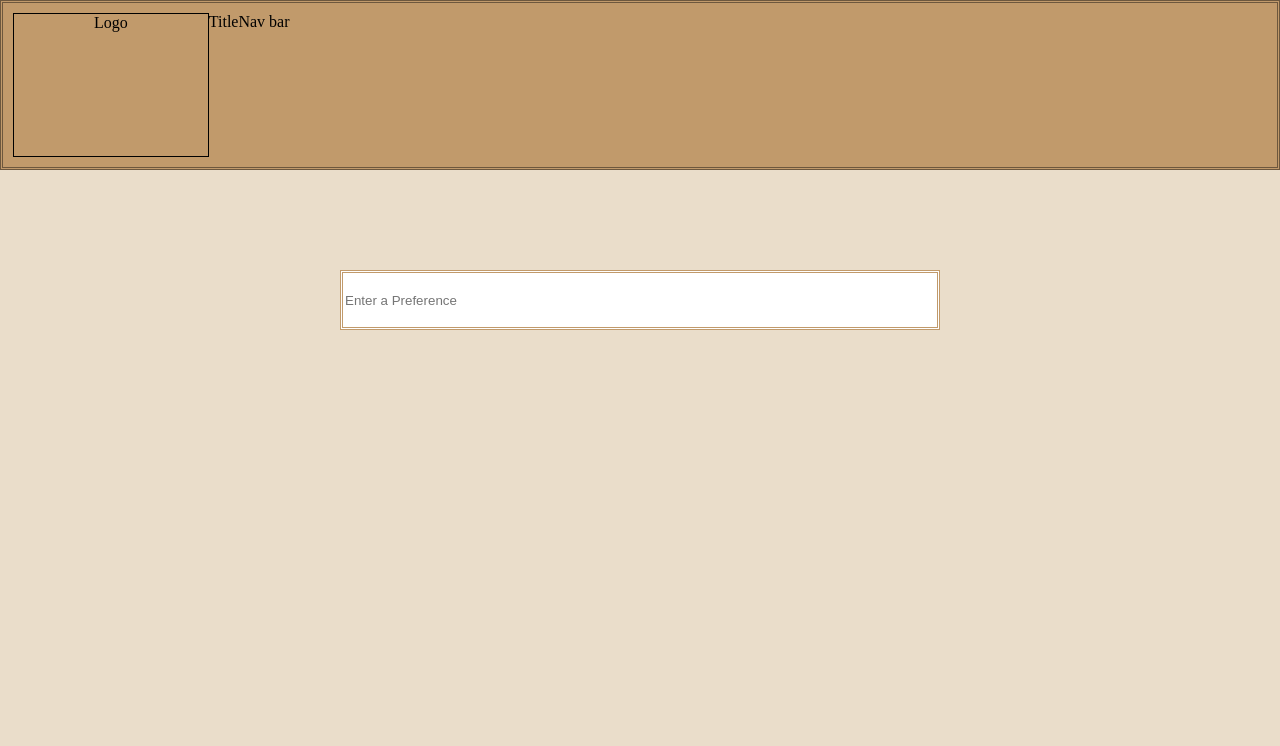
Repository: joshliu14/Travel-Mug
Page: /search
These files come from the project's save history. The page is drawn as it stood at one moment and after the next save; the edit follows.
The browser window is 1280 px wide. The pictures show the whole page.
The project was rebuilt for these pictures with package versions that can differ from the ones it lists, and the page was loaded fresh each time.

Above is the page before, as saved 2024-01-02 12:55:47.

### public/index.html
<!DOCTYPE html>
<html lang="en">
  <head>
    <meta charset="utf-8" />
    <link rel="icon" href="%PUBLIC_URL%/favicon.ico" />
    <link rel="stylesheet" href="./index.css" />
    <meta name="viewport" content="width=device-width, initial-scale=1" />
    <meta name="theme-color" content="#000000" />
    <meta
      name="description"
      content="Web site created using create-react-app"
    />
    <link rel="apple-touch-icon" href="%PUBLIC_URL%/logo192.png" />
    <!--
      manifest.json provides metadata used when your web app is installed on a
      user's mobile device or desktop. See https://developers.google.com/web/fundamentals/web-app-manifest/
    -->
    <link rel="manifest" href="%PUBLIC_URL%/manifest.json" />
    <!--
      Notice the use of %PUBLIC_URL% in the tags above.
      It will be replaced with the URL of the `public` folder during the build.
      Only files inside the `public` folder can be referenced from the HTML.

      Unlike "/favicon.ico" or "favicon.ico", "%PUBLIC_URL%/favicon.ico" will
      work correctly both with client-side routing and a non-root public URL.
      Learn how to configure a non-root public URL by running `npm run build`.
    -->
    <title>Travel Mug</title>
  </head>
  <body>
    <noscript>You need to enable JavaScript to run this app.</noscript>
    <div id="root"></div>
    <!--
      This HTML file is a template.
      If you open it directly in the browser, you will see an empty page.

      You can add webfonts, meta tags, or analytics to this file.
      The build step will place the bundled scripts into the <body> tag.

      To begin the development, run `npm start` or `yarn start`.
      To create a production bundle, use `npm run build` or `yarn build`.
    -->
  </body>
</html>

### src/index.js
import React from "react";
import ReactDOM from "react-dom";
import App from "./App";

import { BrowserRouter } from "react-router-dom";

ReactDOM.render(
  <BrowserRouter>
    <App />
  </BrowserRouter>,
  document.getElementById("root")
);

### src/App.js
import React from "react";
import Home from "./Home";

import { Switch, Route } from "react-router-dom";

const App = () => {
  return (
    <Switch>
      <Route exact path="/search">
        <Home />
      </Route>
    </Switch>
  );
};

export default App;

### src/Home.js
import React from "react";
import "./Home.css";

class Search extends React.Component {
  render() {
    return (
      <div>
        <div className="top">
          <div className="logo">Logo</div>
          <div className="title">Title</div>
          <div className="nav">Nav bar</div>
        </div>
        <div className="bottom">
          <div className="search-container">
            <input className="search-bar" placeholder="Enter a Preference" />
          </div>
        </div>
      </div>
    );
  }
}

export default Search;

### src/Home.css
.top {
  background-color: #c19a6b;
  display: flex;
  min-width: fit-content;
  min-height: 20vh;
  border-width: 3px;
  justify-items: auto;
  border-color: #6d573d;
  border-style: double;
  padding: 10px;
}

.logo {
  padding: 0px 80px;
  border: 1px solid black;
}

.title {
}

.nav {
}

.bottom {
  background-color: #eaddca;
  display: flex;
  justify-content: center;
  min-width: fit-content;
  min-height: 80vh;
}

.search-container {
  justify-content: center;
  margin-top: 100px;
}

.search-bar {
  width: 600px;
  height: 60px;
  box-sizing: border-box;
  border-width: 3px;
  border-color: #c19a6b;
  border-style: double;
}

### public/index.css
html,
body {
  margin: 0px;
  padding: 0px;
}

After the next save:
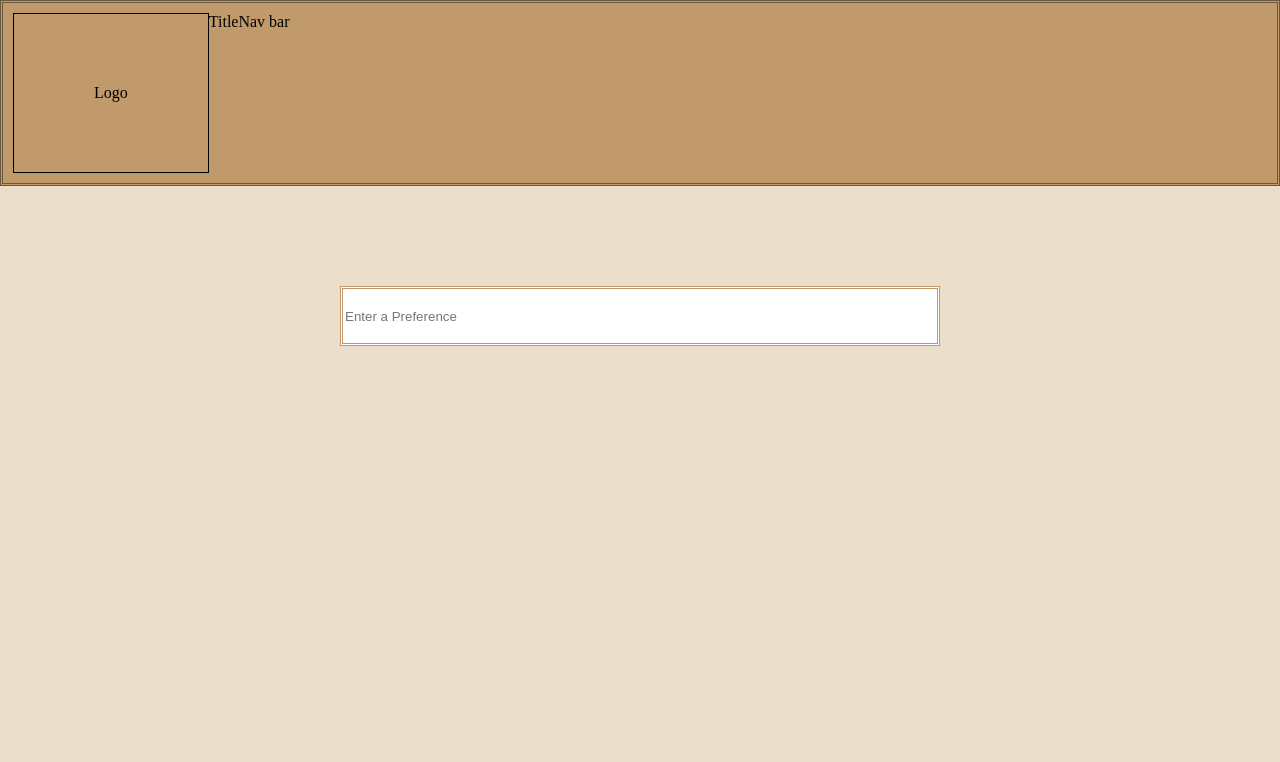
Saved 5 s later.
--- a/src/Home.css
+++ b/src/Home.css
@@ -11,7 +11,7 @@
 }
 
 .logo {
-  padding: 0px 80px;
+  padding: 70px 80px;
   border: 1px solid black;
 }
 
